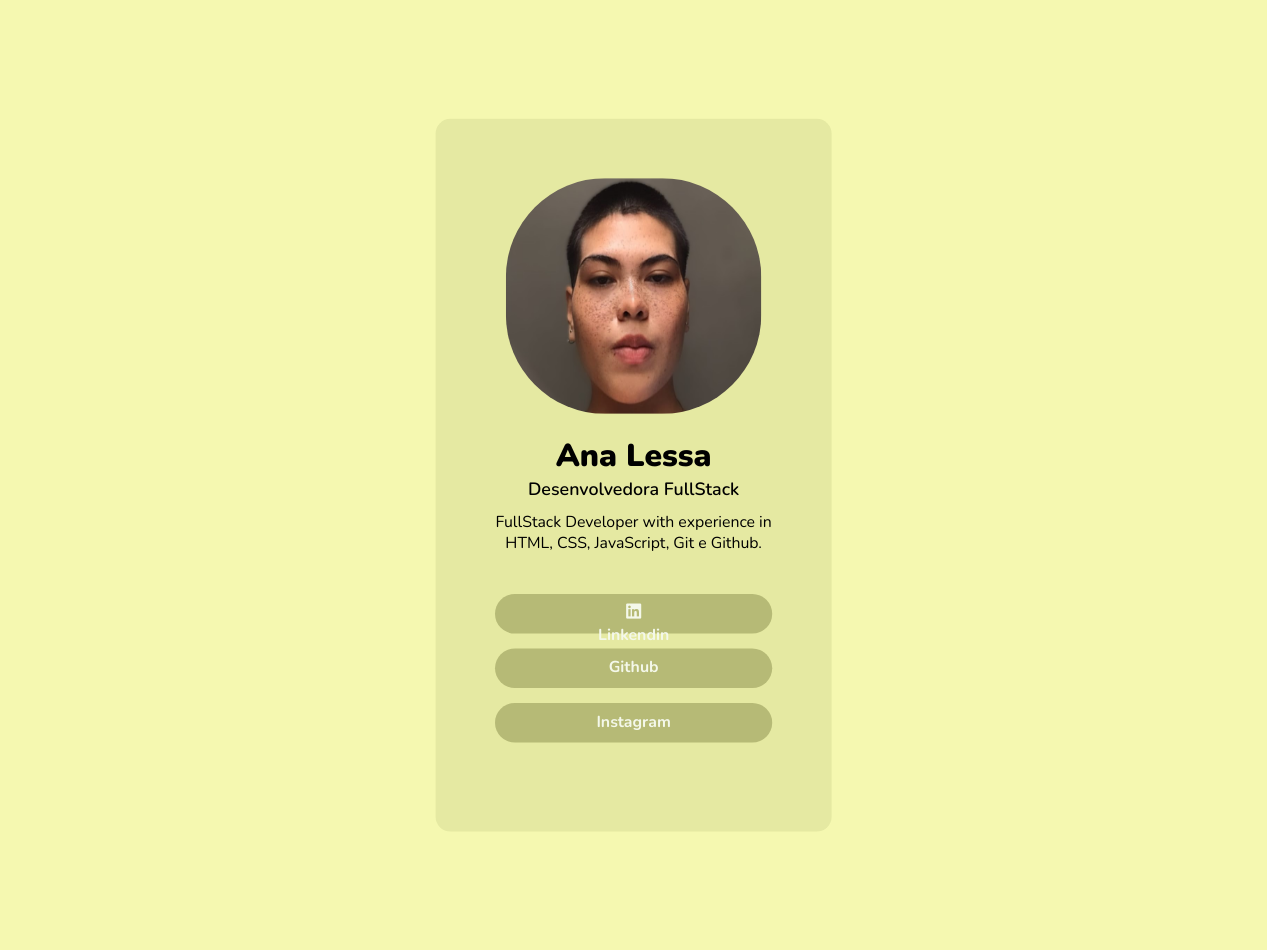
Repository: analessp/linktree
Page: index.html
An editor plug-in stored every save of this project. The page is shown before and after the next save, followed by the edit.
The browser window is 1280 px wide. The pictures show the whole page, at 99% of full size.

Above is the page before, as saved 2025-04-11 10:34:42.

After the next save:
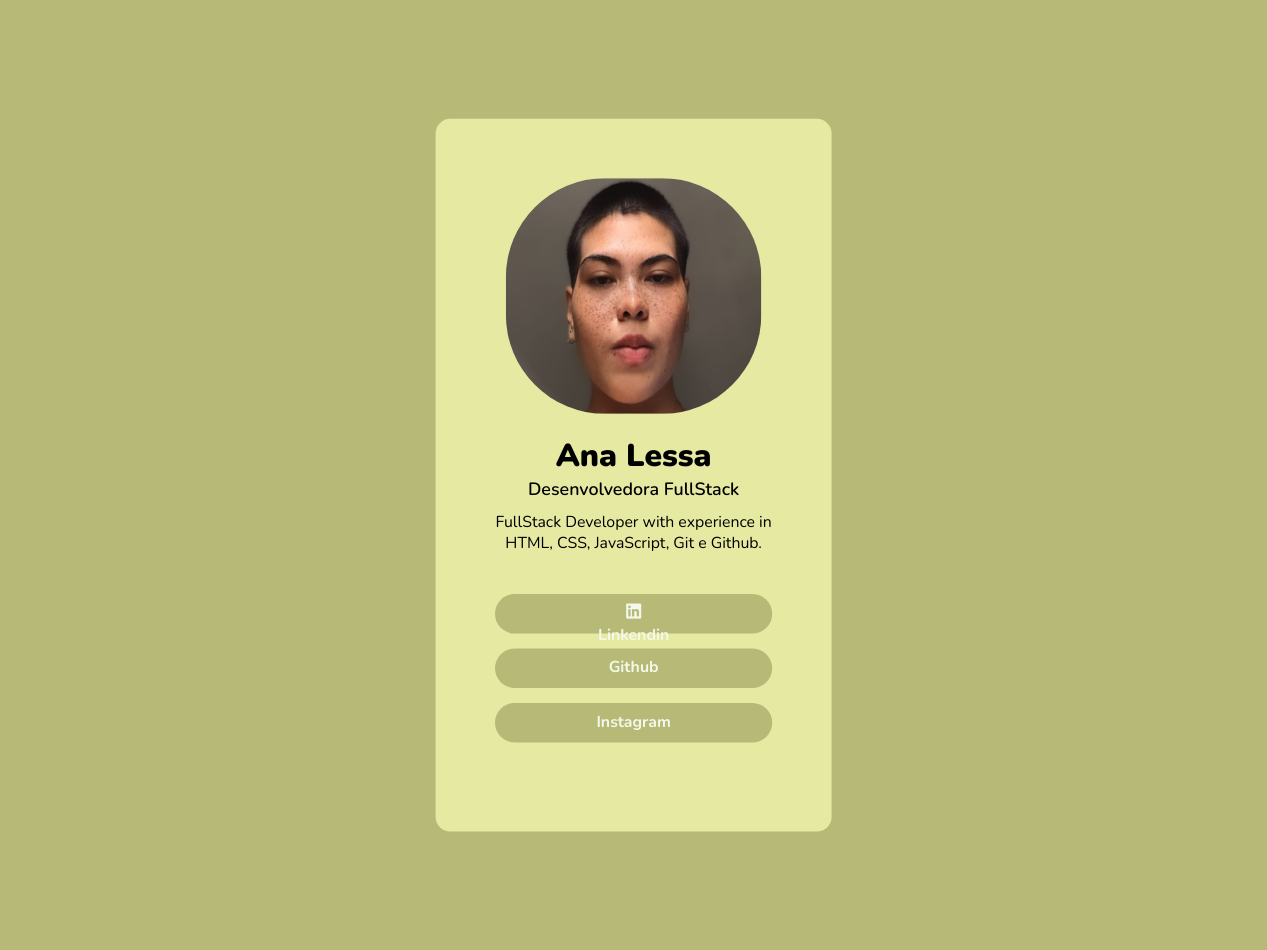
Saved 28 s later.
--- a/style.css
+++ b/style.css
@@ -6,7 +6,7 @@
 }
 
 body {
-    background-color: #f5f8b0;
+    background-color: #b6ba76;
 }
 
 .container-main {
